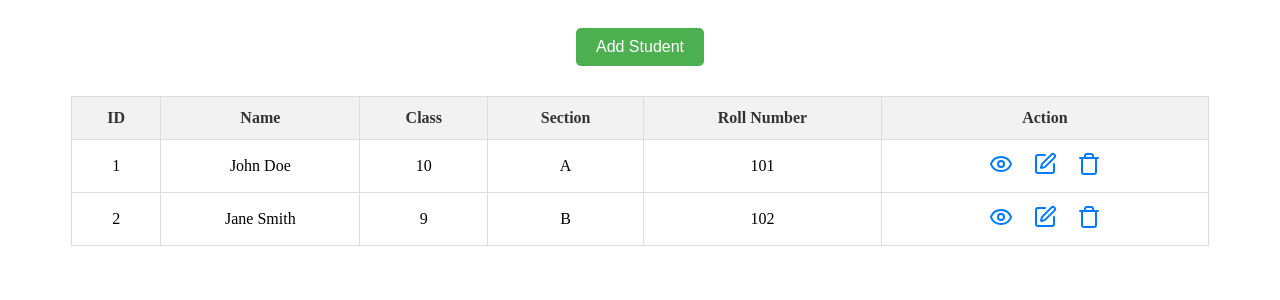
Repository: sharmisthak16/Student-Assignment
Page: /StudentTable (app in my-project/)
The author's editor kept a copy of each file at every save. The page is drawn from the files as they stood at one save, then again after the next save.
The browser window is 1280 px wide. The pictures show the whole page.
The project was rebuilt for these pictures with package versions that can differ from the ones it lists, and the page was loaded fresh each time. Also part of the build but not shown: my-project/vite.config.js, my-project/src/components/firebase.js, my-project/src/components/LoginForm.css, my-project/src/components/LoginForm.jsx, my-project/src/components/Dashboard.jsx, my-project/src/components/HomeButtons.css, my-project/src/components/HomeButtons.jsx, my-project/src/Pages/Home.jsx.

Above is the page before, as saved 2025-01-30 20:24:21.

### my-project/index.html
<!doctype html>
<html lang="en">
  <head>
    <meta charset="UTF-8" />

    <meta name="viewport" content="width=device-width, initial-scale=1.0" />
    <title>Assignment</title>
  </head>
  <body>
    <div id="root"></div>
    <script type="module" src="/src/main.jsx"></script>
  </body>
</html>

### my-project/src/App.jsx
import React from 'react';
import { BrowserRouter as Router, Route, Routes } from 'react-router-dom'; // Use Routes instead of Switch
import LoginForm from './components/LoginForm';
import Dashboard from './components/Dashboard'; // Create this component for the dashboard page
import Home from './Pages/Home';
import StudentTable from './components/StudentTable';

function App() {
  return (
    <Router>
      <Routes>
      <Route path='/' element={<Home/>} />
        <Route path="/LoginForm" element={<LoginForm />} /> {/* Use element instead of component */}
        <Route path="/dashboard" element={<Dashboard />} /> {/* Use element instead of component */}
       <Route path="/StudentTable" element={<StudentTable />}  />
      </Routes>
    </Router>
  );
}

export default App;

### my-project/src/components/StudentTable.jsx
import React, { useState } from "react";
import { Eye, Edit, Trash } from "lucide-react"; // You need to install lucide-react for icons
import "./StudentTable.css";

const StudentTable = () => {
  const [students, setStudents] = useState([
    { id: 1, name: "John Doe", class: "10", section: "A", rollNumber: "101" },
    { id: 2, name: "Jane Smith", class: "9", section: "B", rollNumber: "102" },
  ]);

  const addStudent = () => {
    const newStudent = {
      id: students.length + 1,
      name: "New Student",
      class: "-",
      section: "-",
      rollNumber: "-",
    };
    setStudents([...students, newStudent]);
  };

  const deleteStudent = (id) => {
    setStudents(students.filter((student) => student.id !== id));
  };

  return (
    <div className="student-table-container">
      <button className="add-student-btn" onClick={addStudent}>
        Add Student
      </button>
      <table className="student-table">
        <thead>
          <tr>
            <th>ID</th>
            <th>Name</th>
            <th>Class</th>
            <th>Section</th>
            <th>Roll Number</th>
            <th>Action</th>
          </tr>
        </thead>
        <tbody>
          {students.map((student) => (
            <tr key={student.id}>
              <td>{student.id}</td>
              <td>{student.name}</td>
              <td>{student.class}</td>
              <td>{student.section}</td>
              <td>{student.rollNumber}</td>
              <td>
                <Eye className="action-icon" />
                <Edit className="action-icon" />
                <Trash
                  className="action-icon"
                  onClick={() => deleteStudent(student.id)}
                />
              </td>
            </tr>
          ))}
        </tbody>
      </table>
    </div>
  );
};

export default StudentTable;

### my-project/src/components/StudentTable.css
.student-table-container {
  width: 90%;
  max-width: 1200px;
  margin: 0 auto;
  padding: 20px;
  text-align: center; /* Center the button */
}

.add-student-btn {
  padding: 10px 20px;
  background-color: #4CAF50;
  color: white;
  border: none;
  border-radius: 5px;
  cursor: pointer;
  margin-bottom: 20px;
  font-size: 1rem;
  display: inline-block; /* Make it an inline element to allow centering */
}

.add-student-btn:hover {
  background-color: #45a049;
}

.student-table {
  width: 100%;
  border-collapse: collapse;
  margin-top: 10px;
}

.student-table th,
.student-table td {
  padding: 12px;
  text-align: center;
  border: 1px solid #ddd;
}

.student-table th {
  background-color: #f2f2f2;
  color: #333;
}

.student-table tbody tr:hover {
  background-color: #f1f1f1;
}

.action-icon {
  margin: 0 10px;
  cursor: pointer;
  color: #007bff;
}

.action-icon:hover {
  color: #0056b3;
}

@media (max-width: 768px) {
  .student-table th,
  .student-table td {
    padding: 8px;
  }

  .student-table {
    font-size: 0.9rem;
  }

  .action-icon {
    margin: 0 5px;
  }

  .student-table-container {
    padding: 10px;
  }
}

Loaded but not shown: my-project/src/main.jsx (common file); my-project/src/index.css (common file)

After the next save:
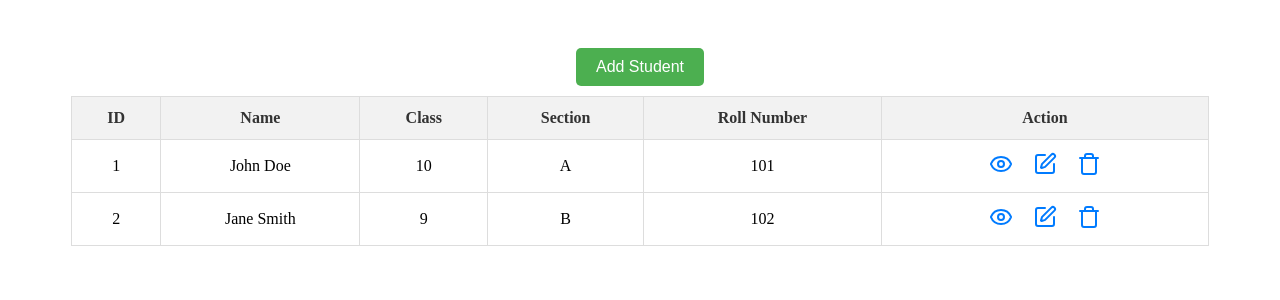
Saved 85 s later.
--- a/my-project/src/components/StudentTable.css
+++ b/my-project/src/components/StudentTable.css
@@ -13,9 +13,8 @@
   border: none;
   border-radius: 5px;
   cursor: pointer;
-  margin-bottom: 20px;
+  margin-top: 20px; /* Added margin-top to give some space between the table and button */
   font-size: 1rem;
-  display: inline-block; /* Make it an inline element to allow centering */
 }
 
 .add-student-btn:hover {
